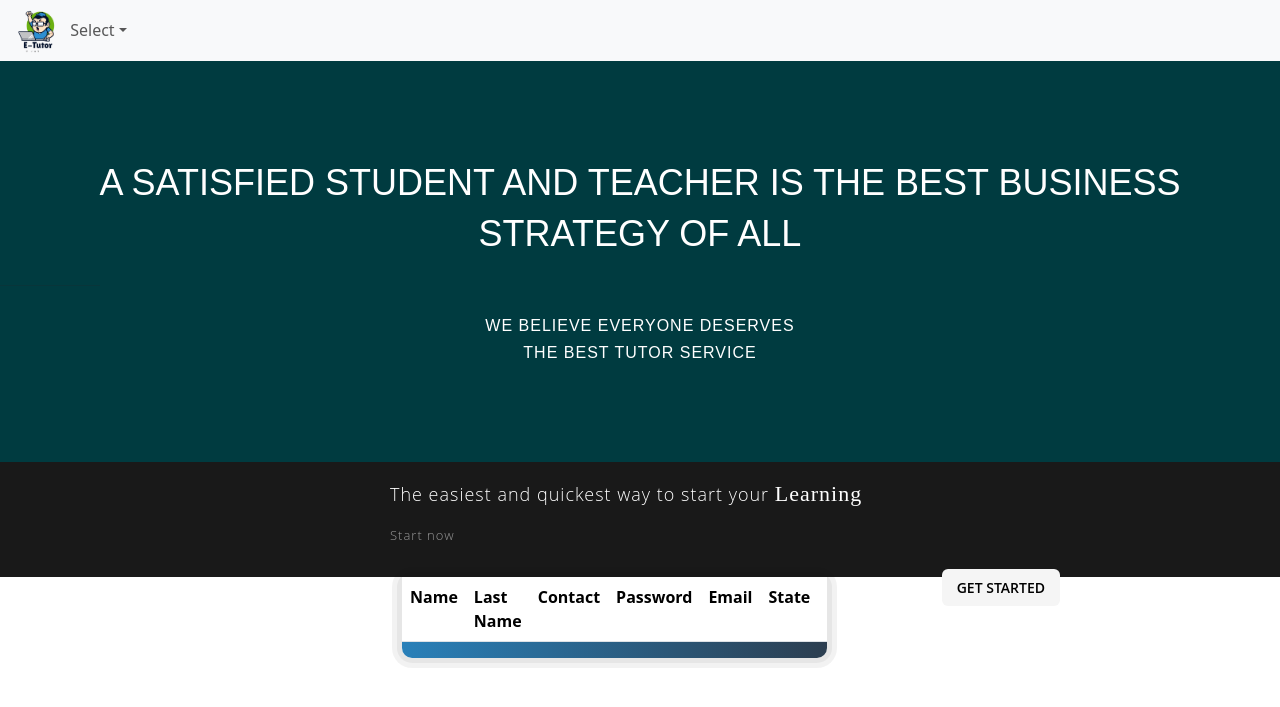
Repository: shailesh89-art/E-tutor-springboot-hibernate
Page: http://localhost/TUTOR_INVENTOR_1/pages/parent_Admin_edit.jsp
The author's editor kept a copy of each file at every save. The page is drawn from the files as they stood at one save, then again after the next save.
The browser window is 1280 px wide. The pictures show the whole page.
Some web libraries are served in a nearby version. The page is served by Tomcat 9. The template is opened directly, without the code that normally fills it, so the values that code supplies are empty.

Above is the page before, as saved 2023-05-03 14:03:09.

After the next save:
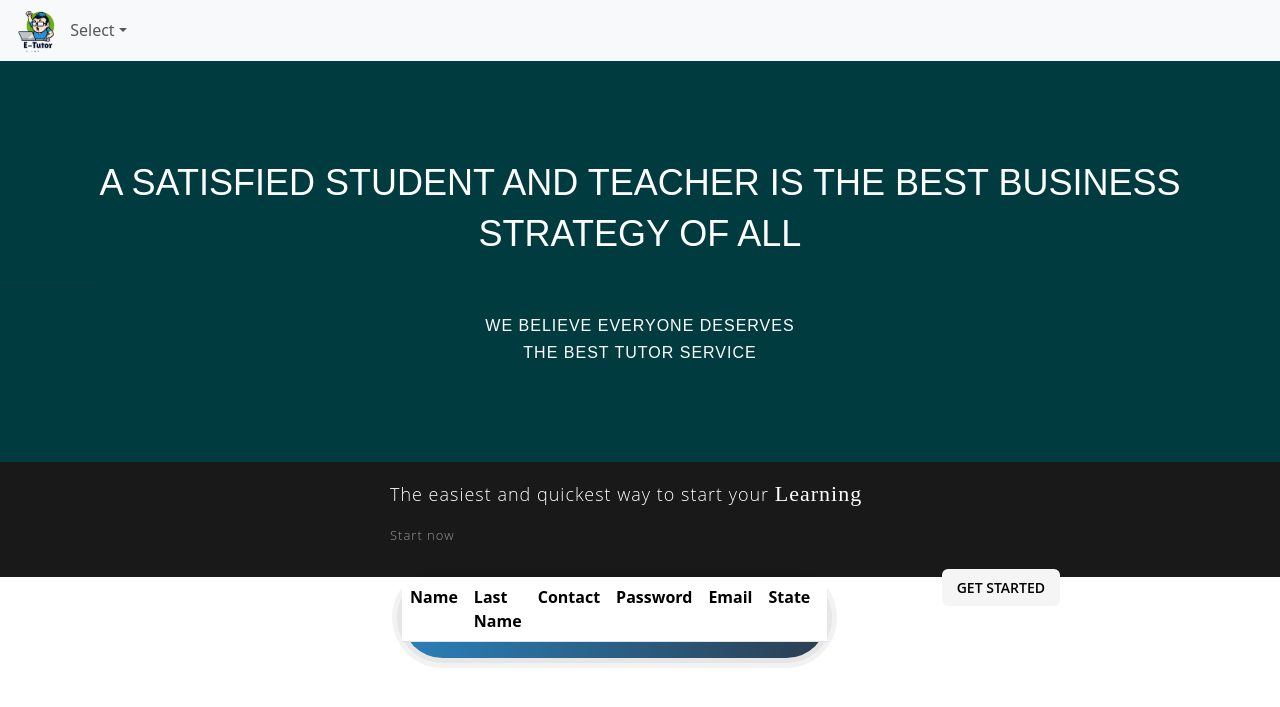
Saved 3 min 15 s later.
--- a/TUTOR_INVENTOR_1/src/main/webapp/pages/parent_Admin_edit.jsp
+++ b/TUTOR_INVENTOR_1/src/main/webapp/pages/parent_Admin_edit.jsp
@@ -208,7 +208,7 @@
 .panel{
     background: linear-gradient(to right, #2980b9, #2c3e50);
     padding: 0;
-    border-radius: 10px;
+    border-radius: 100px;
     border: none;
     box-shadow: 0 0 0 5px rgba(0,0,0,0.05),0 0 0 10px rgba(0,0,0,0.05);
 }

After the save that followed:
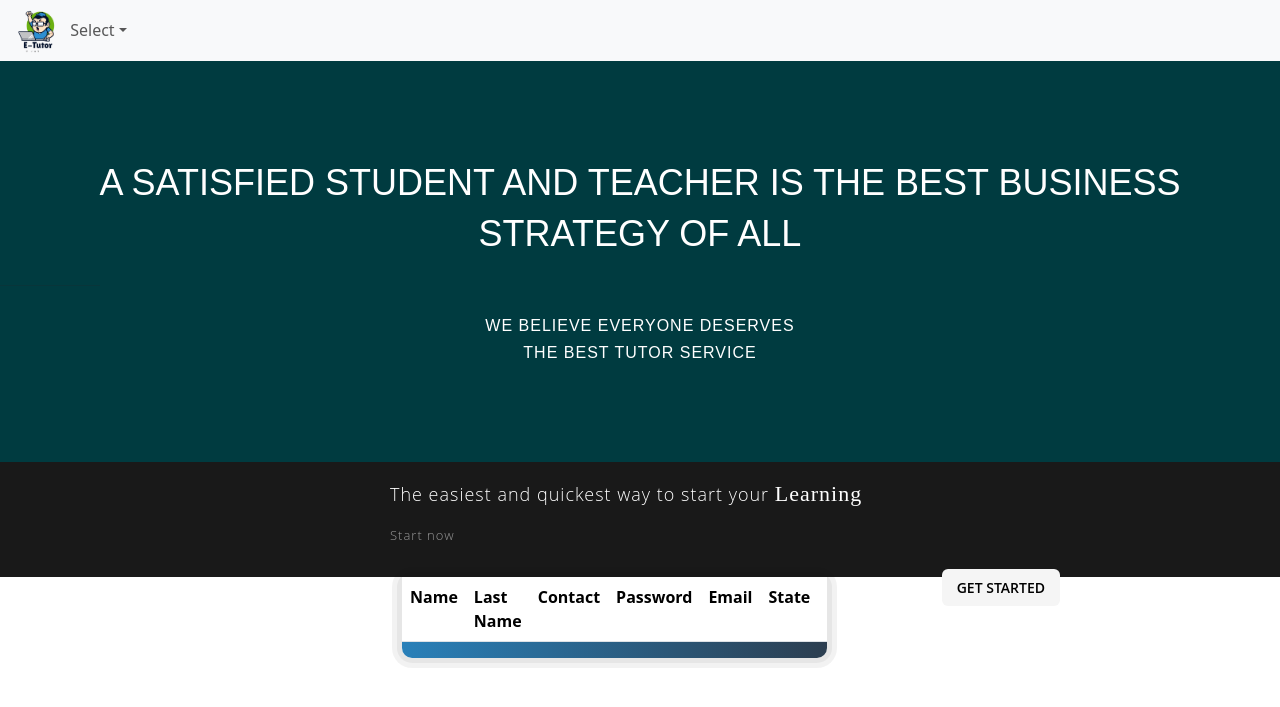
Saved 13 s later.
--- a/TUTOR_INVENTOR_1/src/main/webapp/pages/parent_Admin_edit.jsp
+++ b/TUTOR_INVENTOR_1/src/main/webapp/pages/parent_Admin_edit.jsp
@@ -208,7 +208,7 @@
 .panel{
     background: linear-gradient(to right, #2980b9, #2c3e50);
     padding: 0;
-    border-radius: 100px;
+    border-radius: 10px;
     border: none;
     box-shadow: 0 0 0 5px rgba(0,0,0,0.05),0 0 0 10px rgba(0,0,0,0.05);
 }
